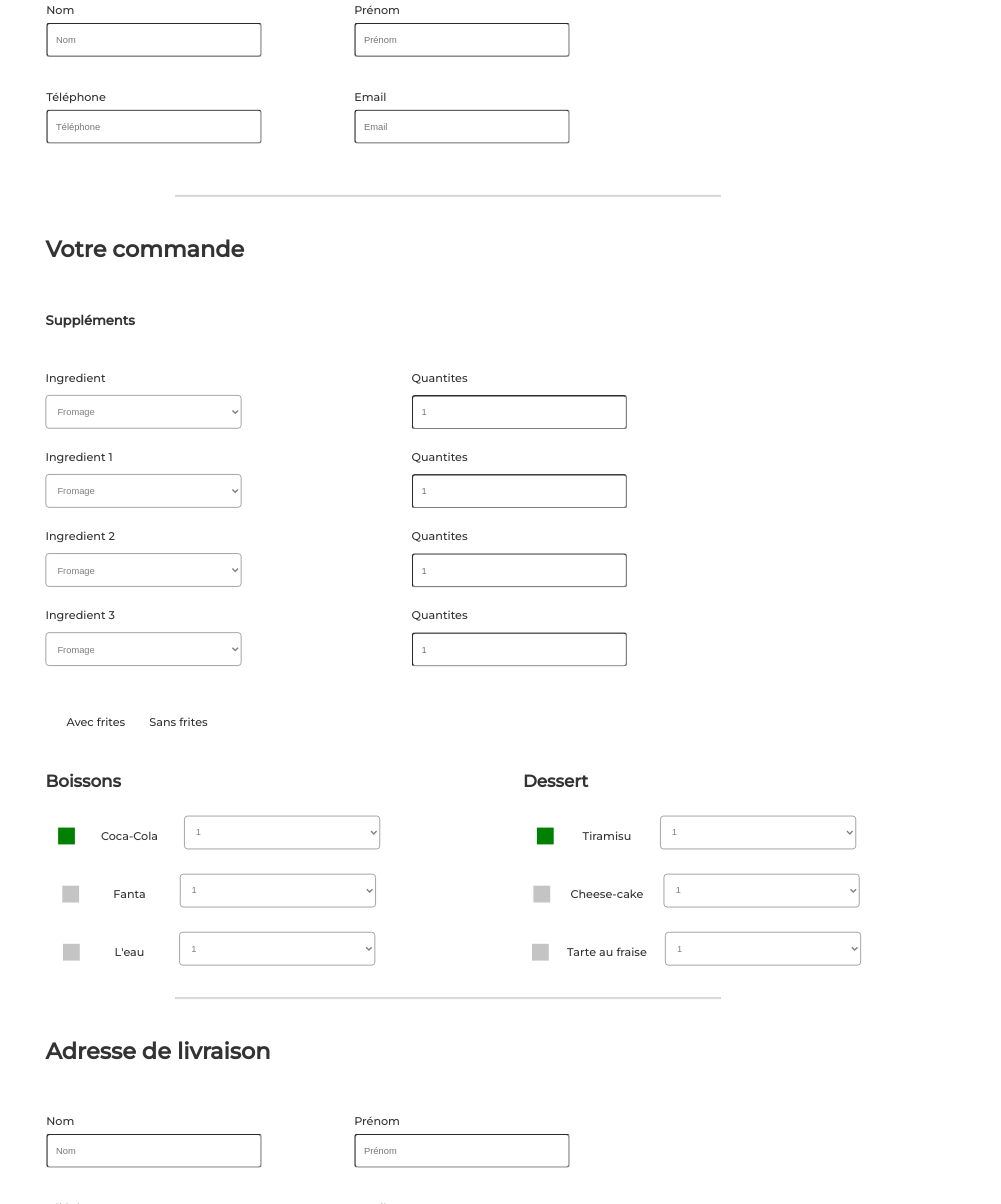
Repository: Ahlam-belhadj/bella-olange
Page: index2.html
The author's editor kept a copy of each file at every save. The page is drawn from the files as they stood at one save, then again after the next save.
The browser window is 1280 px wide. The page is 1430 px wide, so the pictures cover 1430 px, including what lies to the right of the window. The pictures show the part of the page from y = 945 to 2665 px (the page is 3199 px tall), at 70% of full size.

Above is the page before, as saved 2023-02-12 01:16:02.

### index2.html
<!DOCTYPE html>
<html lang="en">

<head>
    <meta charset="UTF-8">
    <meta http-equiv="X-UA-Compatible" content="IE=edge">
    <meta name="viewport" content="width=device-width, initial-scale=1.0">
    <link rel="stylesheet" href="style2.css">
    <title>Bella olanje</title>
</head>

<body>
  <header>
    <nav>
      <div class="logo"><img  class="logo" src="image/logo_bella_olonje.png" alt="logo"></div>
      <ul>
          <li><a href="#" class="nav-link">Home</a></li>
          <li><a href="#" class="nav-link">Pizza</a></li>
          <li><a href="#" class="nav-link">Burgers</a></li>
          <li><a href="#" class="nav-link">Salade</a></li>
          <li><a href="#" class="nav-link">Contact</a></li>

      </ul>
      <div class="icon_navbar">
          <label for="click" class="menu-btn">
            <i class="fas fa-bars"></i>
          </label>
      </div>
    </nav>

    <div class="title">
        <div class="texte">
            <h3>Food app</h3>
            <h1>Chez Bella <br>
                chaque désire s'additionne.</h1>
        </div>
    </div>
</header>




    <main>
      <div class="infos" id="form-infos">
        <form>
          <h1>Vos informations</h1>

          <div class="grp_infos">
            <div class="nom_prenom">
              <div class="label1">
                <label class="label_nom">Nom</label><br>
                <input type="text" placeholder="Nom">
              </div>
              <div class="label1">
                <label class="label_nom">Prénom</label><br>
                <input type="text" placeholder="Prénom">
              </div>
            </div>

            <div class="telephone_email">
              <div class="label1">
                <label class="label_nom">Téléphone</label><br>
                <input type="text" placeholder="Téléphone">
              </div>
              <div class="label1">
                <label class="label_nom">Email</label><br>
                <input type="text" placeholder="Email">
              </div>
            </div>
          </div>
        </form>
      </div>

      <hr>

      <div class="commande">
        <form>
          <h1>Votre commande</h1>
          <h3>Suppléments</h3>
          <div class="grp_suppliment">
            <div class="ingredient_quantite">
              <div class="fromage">
                <label>Ingredient</label><br>
                <select name="ingr" class="suppléments">
                  <option value="fromage">Fromage</option>
                  <option value="fromage">Fromage</option>
                  <option value="fromage">Fromage</option>
                  <option value="fromage">Fromage</option>
                  <option value="fromage">Fromage</option>
                  <option value="fromage">Fromage</option>
                  <option value="fromage">Fromage</option>
                </select>
              </div>
              <div class="box">
                <label>Quantites</label><br>
                <input type="number" min="0" placeholder="1">
              </div>
            </div>

            <div class="ingredient_quantite">
             <div class="fromage">
                <label>Ingredient 1</label><br>
                <select name="ingr" class="suppléments">
                  <option value="fromage">Fromage</option>
                  <option value="fromage">Fromage</option>
                  <option value="fromage">Fromage</option>
                  <option value="fromage">Fromage</option>
                  <option value="fromage">Fromage</option>
                  <option value="fromage">Fromage</option>
                  <option value="fromage">Fromage</option>
                </select>
              </div>
              <div class="box">
                <label>Quantites</label><br>
                <input type="number" min="0" placeholder="1">
              </div>
            </div>

            <div class="ingredient_quantite">
              <div class="fromage">
                <label>Ingredient 2</label><br>
                <select name="ingr" class="suppléments">
                  <option value="fromage">Fromage</option>
                  <option value="fromage">Fromage</option>
                  <option value="fromage">Fromage</option>
                  <option value="fromage">Fromage</option>
                  <option value="fromage">Fromage</option>
                  <option value="fromage">Fromage</option>
                  <option value="fromage">Fromage</option>
                </select>
              </div>
              <div class="box">
                <label>Quantites</label><br>
                <input type="number" min="0" placeholder="1">
              </div>
            </div>

            <div class="ingredient_quantite">
              <div class="fromage">
                <label>Ingredient 3</label><br>
                <select name="ingr" class="suppléments">
                  <option value="fromage">Fromage</option>
                  <option value="fromage">Fromage</option>
                  <option value="fromage">Fromage</option>
                  <option value="fromage">Fromage</option>
                  <option value="fromage">Fromage</option>
                  <option value="fromage">Fromage</option>
                  <option value="fromage">Fromage</option>
                </select>
              </div>
              <div class="box">
                <label>Quantites</label><br>
                <input type="number" min="0" placeholder="1">
              </div>
            </div>
          </div>


          <div class="check2">
            <label class="container">Avec frites
              <input type="radio" checked="checked" name="radio">
              <span class="checkmark"></span>
            </label>
            <label class="container">Sans frites
              <input type="radio" name="radio">
              <span class="checkmark"></span>
            </label>
          </div>


          <div class="all">
            <div class="content_of_boisson">
                <h2>Boissons</h2>
                <div class="boissons">
                    <div class="carre"></div>
                    <label>Coca-Cola</label>
                    <select name="Fromage" class="Fromage" style="margin-top: 10px;">
                      <option value="">1</option>
                      <option value="">2</option>
                      <option value="">3</option>
                      <option value="">4</option>
                    </select>
                </div>
                <div class="boissons">
                    <div class="carre grey"></div>
                    <label>Fanta</label>
                    <select name="Fromage" class="Fromage" style="margin-top: 10px;">
                      <option value="">1</option>
                      <option value="">2</option>
                      <option value="">3</option>
                      <option value="">4</option>
                    </select>
                </div>
                <div class="boissons">
                    <div class="carre grey"></div>
                    <label>L'eau</label>
                    <select name="Fromage" class="Fromage" style="margin-top: 10px;">
                      <option value="">1</option>
                      <option value="">2</option>
                      <option value="">3</option>
                      <option value="">4</option>
                    </select>
                </div>
            </div>

            <div class="content_of_dessert">
                <h2>Dessert</h2>
                <div class="boissons dessert">
                    <div class="carre"></div>
                    <label>Tiramisu</label>
                    <select name="Fromage" class="Fromage" style="margin-top: 10px;">
                        <option value="">1</option>
                        <option value="">2</option>
                        <option value="">3</option>
                        <option value="">4</option>
                    </select>
                </div>
                <div class="boissons dessert">
                    <div class="carre grey"></div>
                    <label>Cheese-cake</label>
                    <select name="Fromage" class="Fromage" style="margin-top: 10px;">
                      <option value="">1</option>
                      <option value="">2</option>
                      <option value="">3</option>
                      <option value="">4</option>
                    </select>
                </div>
                <div class="boissons dessert">
                    <div class="carre grey"></div>
                    <label>Tarte au fraise</label>
                    <select name="Fromage" class="Fromage" style="margin-top: 10px;">
                      <option value="">1</option>
                      <option value="">2</option>
                      <option value="">3</option>
                      <option value="">4</option>
                    </select>
                </div>
            </div>
            </div>
        </form>
      </div>

      <hr>

      <div class="livraison">
        <form>
          <h1>Adresse de livraison</h1>
          <div class="grp_infos">
            <div class="nom_prenom">
              <div class="label1">
                <label class="label_nom">Nom</label><br>
                <input type="text" placeholder="Nom">
              </div>
              <div class="label1">
                <label class="label_nom">Prénom</label><br>
                <input type="text" placeholder="Prénom">
              </div>
            </div>

            <div class="telephone_email">
              <div class="label1">
                <label class="label_nom">Téléphone</label><br>
                <input type="text" placeholder="Téléphone">
              </div>
              <div class="label1">
                <label class="label_nom">Email</label><br>
                <input type="text" placeholder="Email">
              </div>
            </div>
            <div class="nom_prenom">
              <div class="label1">
                <label class="label_nom">Adresse</label><br>
                <input type="text" placeholder="Adresse">
              </div>
              <div class="label1">
                <label class="label_nom">Code postale</label><br>
                <input type="text" placeholder="Code postale">
              </div>
            </div>

            <div class="telephone_email">
              <div class="label1">
                <label class="label_nom">Ville</label><br>
                <input type="text" placeholder="Ville">
              </div>
              <div class="label1">
                <label class="label_nom">Pays</label><br>
                <input type="text" placeholder="Pays">
              </div>
            </div>
          </div>
            <div class="div_button"><button class="button" type="button">Envoyer</button></div>
        </form>

      </div>
    </main>

</body>

</html>

### style2.css
@import url('https://fonts.googleapis.com/css2?family=Montserrat:wght@100;200;500&display=swap');

body {
    font-family: Montserrat, sans-serif;
    margin: auto;
}


.logo {
    height: 80px;
}

nav {
    display: flex;
    height: 80px;
    width: 100%;
    background: white;
    align-items: center;
    justify-content: space-between;
    padding: 0 50px 0 100px;
    flex-wrap: wrap;
  }

  nav .logo {
    color: #fff;
    font-size: 20px;
    text-transform: uppercase;
    text-decoration: none;
  }

  nav a {
    color: #fff;
    text-decoration: none;
  }

  nav ul {
    display: flex;
    flex-wrap: wrap;
    list-style: none;

  }

  nav ul li {
    margin: 0 5px;
  }

  nav ul li a {
    color: black;
    text-decoration: none;
    font-size: 16px;
    font-weight: 500;
    padding: 8px 15px;
    border-radius: 5px;
    letter-spacing: 1px;
    transition: all 0.3s ease;
  }

  nav .icon_navbar {
    display: flex;
  }



  nav .menu-btn i {
    color: #050505;
    font-size: 22px;
    cursor: pointer;

  }

  input[type="checkbox"] {
    display: none;
  }

  @media (max-width: 1000px) {
    nav {
      padding: 0 40px 0 50px;
    }

    nav .logo {
      color: #fff;
      font-size: 16px;
      text-transform: uppercase;
    }
  }

  @media (max-width: 1250px) {
    nav .menu-btn i {
      display: block;
    }

    #click:checked~.menu-btn i:before {
      content: "\f00d";
    }

    nav ul {
      position: fixed;
      top: 80px;
      right: -100%;
      background: #C81100;
      height: 100vh;
      width: 60%;
      text-align: center;
      display: block;
      transition: all 0.3s ease;
    }

    #click:checked~ul {
      right: 0;
    }

    nav ul li {
      width: 100%;
      margin: 40px 0;
    }

    nav ul li a {
      width: 100%;
      display: block;
      font-size: 20px;
      transition: 0.6s cubic-bezier(0.68, -0.55, 0.265, 1.55);
    }

    #click:checked~ul li a {
      margin-left: 0px;
    }

    nav ul li a.active,
    nav ul li a:hover {
      background: none;
      color: #1E1E1E;
    }
  }
.title {
  background-image: url(image/Rectangle\ 48.png);
  height: 619px;
  background-repeat: no-repeat;
  background-position: center;
  background-size: cover;



}

.texte{
    color: white;
    display: flex;
    align-items: center;
    justify-content: center;
    flex-direction: column;
    text-align: center;
    height: 50%;
}



/*food_app*/
.title_food_app {
    padding-top: 50px;
}

.food_app{
    background-image: url(./img/food_app.png);
    min-height: 90vh;
    background-repeat: no-repeat;
    background-position: center;
    background-size: cover;
}
.title_food_app h3 {
    font-family: 'Montserrat';
    font-style: normal;
    font-weight: 550;
    font-size: 24px;
    line-height: 36px;
    text-align: center;
    letter-spacing: 0.1px;
    color: #F7F7F7;
    padding-top: 50px;
}

.title_food_app{

    font-family: Montserrat;
    font-style: normal;
    font-weight: 600;
    font-size: 58px;
    line-height: 80px;
    text-align: center;
    letter-spacing: 0.2px;
    color: #FFFFFF;
}

.title_pizza {
    display: flex;
    justify-content: center;
    color: #000000;
}
/*food_app*/


/*infos*/


.ingredient_quantite{
    display: flex;
    flex-direction:row;
    justify-content: flex-start;
    gap: 20%;
    margin-bottom: 10px;
}


main {
    color: #333333;
}

.label1 input {
    width: 280px;
    height: 35px;
    margin-bottom: 20px;
    margin-top: 8px;
    padding: 5px 12px;
    color: grey;
    border-radius: 5px;
    border-color: gray;
}


.infos h1 {
    padding: 85px;
}

hr {
    height: 3px;
    background-color:#d8d8d8;
    border: none;
    margin: 25px 250px 25px;
}

.nom_prenom {
    display: flex;
    justify-content: space-around;
    padding-right: 400px;
    padding-bottom: 28px;
}
.telephone_email {
    display: flex;
    justify-content: space-around;
    padding-right: 400px;
    padding-bottom: 28px;
}

/*infos*/

/*livraison*/

.livraison h1 {
    margin-left: 65px;
    padding-top: 30px;
    padding-bottom: 50px;
}
/*livraison*/

/*commande*/
.suppléments {
    width: 280px;
    height: 48px;
    margin-bottom: 20px;
    margin-top: 15px;
    padding: 5px 12px;
    color: grey;
    border-radius: 5px;
    border-color: gray;
    background-color: #FFFFFF;
}


.commande {
    margin-left: 65px;
}

.commande h1 {
    padding-top: 30px;
}

.commande h3 {
    padding-top: 50px;
    padding-bottom: 42px;
}

.box input {
    width: 280px;
    height: 35px;
    margin-bottom: 20px;
    margin-top: 15px;
    padding: 5px 12px;
    color: grey;
    border-radius: 5px;
    border-color: gray;
}

.boissons_dessert {
    display: flex;
    flex-direction: row;
}

/*commande*/


.div_button {
    padding: 50px 150px 70px 0px;
    display: flex;
    justify-content: flex-end;
}

button {
    border: 0;
    line-height: 2.5;
    width: 120px;
    padding: 0 18px;
    font-size: 18px;
    text-align: center;
    color: #fff;
    border-radius: 20px;
    background-color: #FA4A0C;
    box-shadow: 1px 1px 5px #B73227;
}


/*dessert et boissons*/

.avec, .sans {
    display: flex;
    flex-direction: row;
    justify-content: space-around;
    width: 150px;
    height: 40px;
    align-items: center;
}

.sans_f {
    padding-top: 39px;
    padding-left: 50px;
}
.avec_f {
    padding-left: 10px;
}

.boissons{
    display: flex;
    align-items: center;
    justify-content: space-around;
    width: 31rem;
    padding-top: 5px;
}

.carre {
    width: 24px;
    height: 24px;
    background-color: green;
}

.carre.grey {
    background-color: #C4C4C4;
}

.all {
    display: flex;
}

.content_of_dessert {
    margin-left: 186px;
}

.Fromage {
    padding: 7px;
    border-radius: 5px;
    width: 280px;
    height: 48px;
    margin-bottom: 20px;
    margin-top: 8px;
    padding: 5px 12px;
    color: grey;
    border-radius: 5px;
    border-color: gray;
    background-color: #FFFFFF;
}
/*dessert et boissons*/


/*checkbox*/
.check2 {
    padding-top: 40px;
    padding-bottom: 40px;
}
.container {
    padding-left: 30px;
    margin-bottom: 12px;
    cursor: pointer;
    font-size: 16px;


  }

  .container input {
    position: absolute;
    opacity: 0;
    cursor: pointer;
  }

  .checkmark {
    position: absolute;
    top: 0;
    left: 0;
    height: 21px;
    width: 21px;
    background-color: rgba(176, 176, 176, 0.677);
    border-radius: 50%;
}




  .container input:checked  .checkmark {
    background-color: #2e3983;
  }

  .checkmark:after {
    position: absolute;
    display: none;
  }

  .container input:checked ~ .checkmark:after {
    display: block;
  }

  .container .checkmark:after {
       top: 9px;
      left: 9px;
      width: 8px;
      background: white;
  }
/*checkbox*/

@media (max-width:800px) {
.infos h1{
    text-align: center;
}
.nom_prenom {
    justify-content: center;
   flex-direction: column;
   padding-left: 50px;
}
.telephone_email {
   flex-direction: column;
   padding-left: 50px;
}

.ingredient_quantite{
    flex-direction: column;
}

h2{
    text-align: center;
    padding-right: 150px;

}

.all{
    flex-direction: column;
}

.content_of_dessert {
    margin-left: 0px;
  }
}

After the next save:
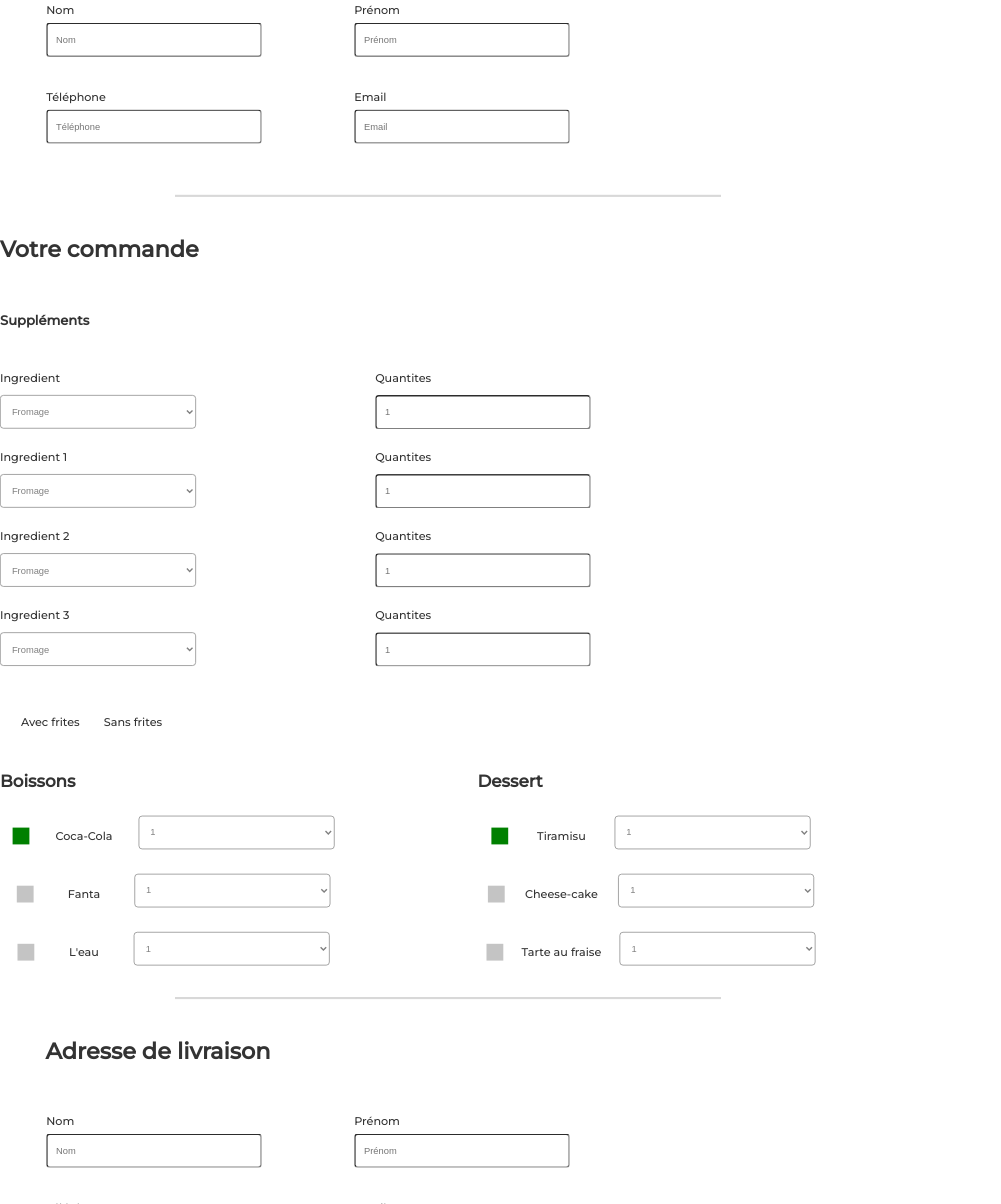
Saved 18 h 55 min later.
--- a/style2.css
+++ b/style2.css
@@ -275,7 +275,7 @@
 }
 
 
-.commande {
+.commande {3
     margin-left: 65px;
 }
 

After the save that followed:
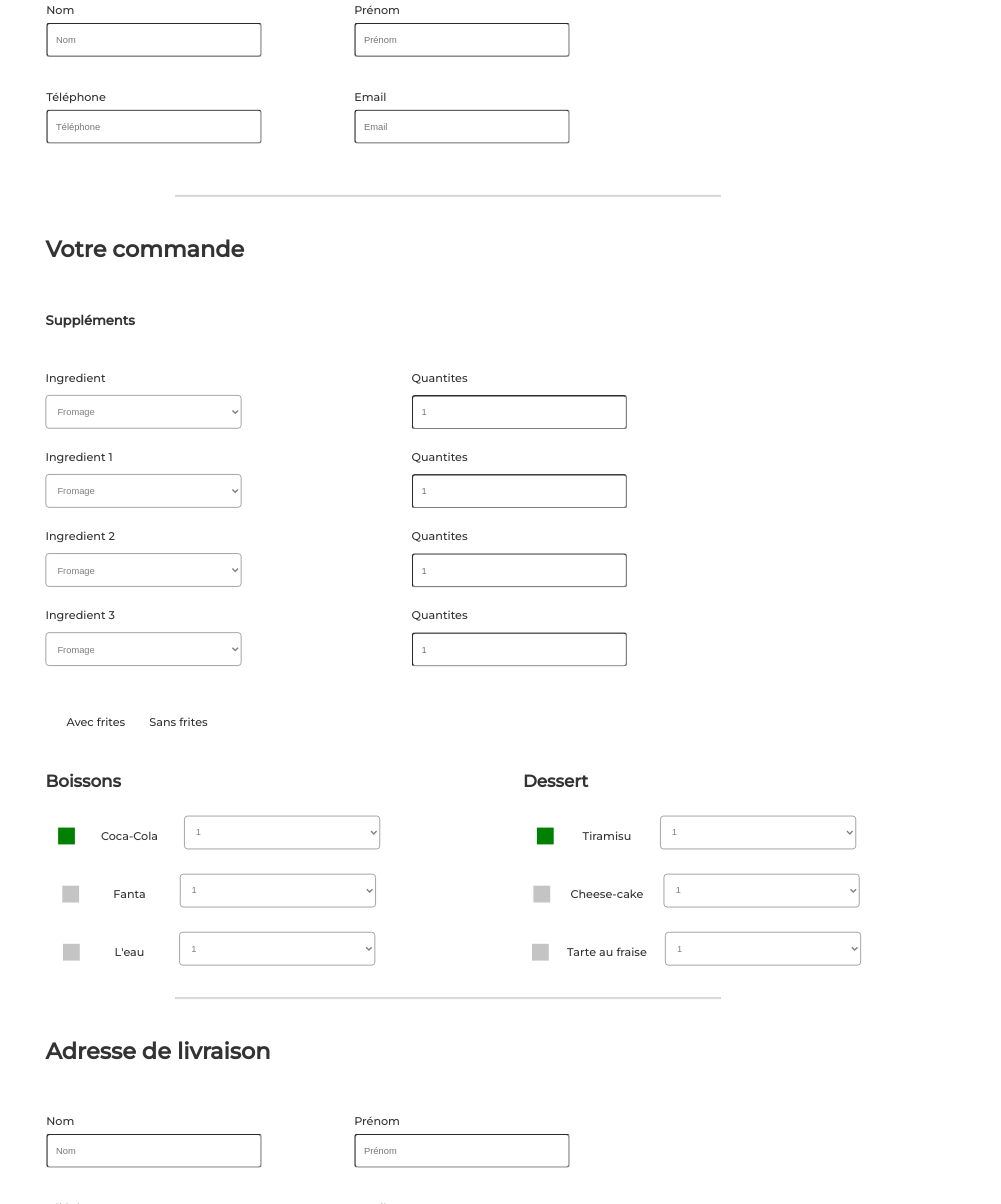
Saved 4 min 15 s later.
--- a/style2.css
+++ b/style2.css
@@ -275,7 +275,7 @@
 }
 
 
-.commande {3
+.commande {
     margin-left: 65px;
 }
 
